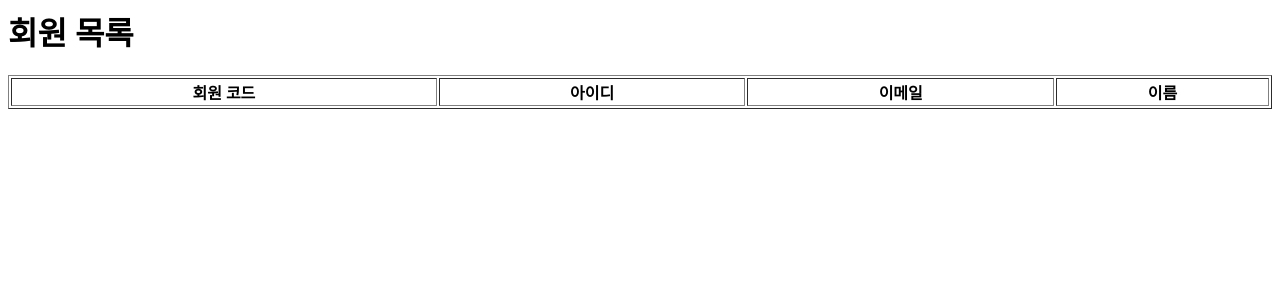
Repository: Pyoggit/JspStudy
Page: http://localhost/jspStudy/memberList
These files come from the project's save history. The page is drawn as it stood at one moment and after the next save; the edit follows.
The browser window is 1280 px wide. The pictures show the whole page.
The page is served by Tomcat 9. Queries for data that is not in the repository find no rows.

Above is the page before, as saved 2024-12-03 11:15:15.

After the next save:
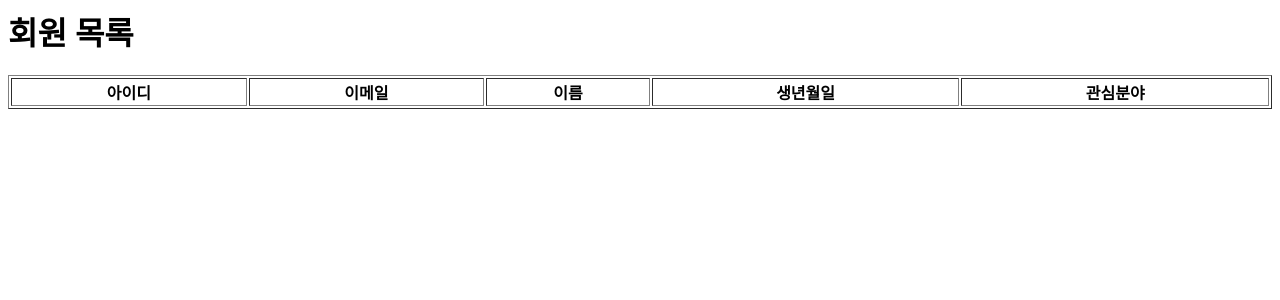
Saved 16 s later.
--- a/jspStudy/src/main/java/kr/co/dev/member/MemberList.java
+++ b/jspStudy/src/main/java/kr/co/dev/member/MemberList.java
@@ -36,7 +36,7 @@ public class MemberList extends HttpServlet {
         String url = "jdbc:oracle:thin:@127.0.0.1:1521:xe";
         String user = "webuser";
         String password = "123456";
-        String MEMBER_SELECT = "SELECT NO, ID, EMAIL, NAME FROM MEMBER";
+        String MEMBER_SELECT = "SELECT ID, EMAIL, NAME, BIRTH_DATE, INTERESTS FROM MEMBER";
 
         try {
             Class.forName("oracle.jdbc.driver.OracleDriver");
@@ -51,18 +51,20 @@ public class MemberList extends HttpServlet {
             out.println("<h1>회원 목록</h1>");
             out.println("<table border='1' style='width: 100%; text-align: center;'>");
             out.println("<tr>");
-            out.println("<th>회원 코드</th>");
             out.println("<th>아이디</th>");
             out.println("<th>이메일</th>");
             out.println("<th>이름</th>");
+            out.println("<th>생년월일</th>");
+            out.println("<th>관심분야</th>");
             out.println("</tr>");
 
             while (rs.next()) {
                 out.println("<tr>");
-                out.println("<td>" + rs.getInt("NO") + "</td>");
                 out.println("<td>" + rs.getString("ID") + "</td>");
                 out.println("<td>" + rs.getString("EMAIL") + "</td>");
                 out.println("<td>" + rs.getString("NAME") + "</td>");
+                out.println("<td>" + rs.getDate("BIRTH_DATE") + "</td>");
+                out.println("<td>" + rs.getString("INTERESTS") + "</td>");
                 out.println("</tr>");
             }
 
